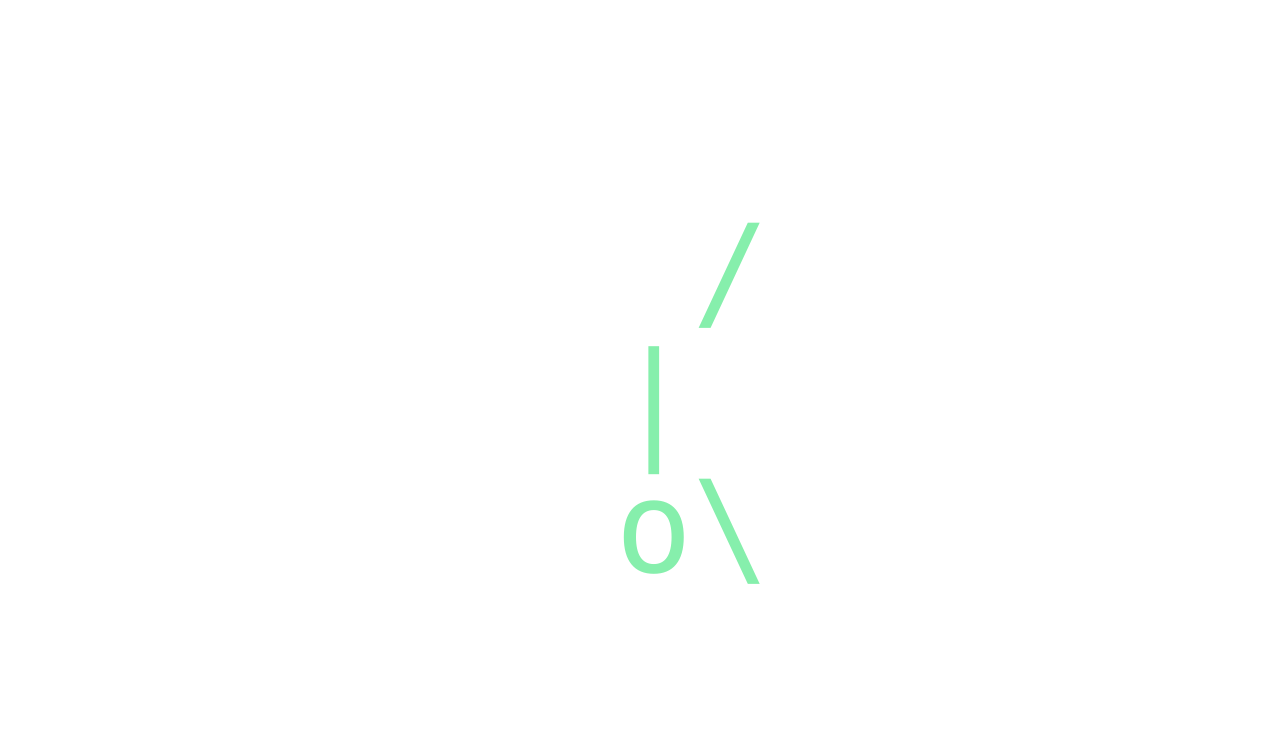
Repository: kayla-lin/graphic-design-timeline
Page: /components/Introduction/Cartwheel
The author's editor kept a copy of each file at every save. The page is drawn from the files as they stood at one save, then again after the next save.
The browser window is 1280 px wide. The pictures show the whole page.
The project was rebuilt for these pictures with package versions that can differ from the ones it lists, and the page was loaded fresh each time. The framework's server and built-in components were replaced by stand-ins that run in the browser. Also part of the build but not shown: next.config.js.

Above is the page before, as saved 2023-05-01 23:15:07.

### pages/components/Introduction/Cartwheel/index.tsx
import React, { useEffect, useState } from "react";

const Cartwheel = () => {
  var frame1 = [
    "<pre><code>",
    " ",
    " _o",
    "__|-",
    "   >",
    "</code></pre>",
  ].join("\n");
  var frame2 = [
    "<pre><code>",
    " ",
    "    o/",
    "    |__",
    "    |",
    "</code></pre>",
  ].join("\n");

  var frame3 = [
    "<pre><code>",
    " ",
    "   \\o_",
    "  __/",
    "     >",
    "</code></pre>",
  ].join("\n");

  var frame4 = [
    "<pre><code>",
    " ",
    "      ",
    "   \\__/o",
    "   /   \\",
    "</code></pre>",
  ].join("\n");

  var frame5 = [
    "<pre><code>",
    " ",
    "   \\ /",
    "    |",
    "   /o\\",
    "</code></pre>",
  ].join("\n");

  var frame6 = [
    "<pre><code>",
    " ",
    "    --",
    "   /",
    "  o|",
    "</code></pre>",
  ].join("\n");

  var frame7 = [
    "<pre><code>",
    " ",
    "   __o",
    "     |",
    "    <<",
    "</code></pre>",
  ].join("\n");

  var frame8 = [
    "<pre><code>",
    " ",
    "   |o",
    "   /",
    "  |",
    "</code></pre>",
  ].join("\n");

  var frame9 = [
    "<pre><code>",
    " ",
    "   \\__/o",
    "     ",
    "    ",
    "</code></pre>",
  ].join("\n");

  var frame10 = [
    "<pre><code>",
    "    /",
    "   |",
    "   o\\",
    "    ",
    "</code></pre>",
  ].join("\n");

  var frame11 = [
    "<pre><code>",
    "    ",
    "  o____",
    "  /",
    "    ",
    "</code></pre>",
  ].join("\n");

  var frame12 = [
    "<pre><code>",
    " ",
    "   __o",
    "      \\",
    "     <<",
    "</code></pre>",
  ].join("\n");

  var frame13 = [
    "<pre><code>",
    " ",
    "    o/",
    "    |",
    "   < \\",
    "</code></pre>",
  ].join("\n");

  var still = [
    "<pre><code>",
    " ",
    "    o",
    "    |",
    "    |",
    "</code></pre>",
  ].join("\n");

  const frames = [
    still,
    frame1,
    frame2,
    frame3,
    frame4,
    frame5,
    frame6,
    frame7,
    frame8,
    frame9,
    frame10,
    frame11,
    frame12,
    frame13,
    still,
  ];

  const [currentFrame, setCurrentFrame] = useState(0);
  const [right, setRight] = useState(true);

  useEffect(() => {
    setTimeout(() => {
      console.log(currentFrame);
      console.log("frame");
      if (currentFrame === frames.length - 1) {
        setRight(!right);
        setCurrentFrame(0);
      } else {
        setCurrentFrame((prev) => prev + 1);
      }
    }, 500);
  }, [currentFrame, frames.length]);

  return (
    <span
      style={{ left: `${currentFrame * 3}%` }}
      dangerouslySetInnerHTML={{ __html: frames[currentFrame] }}
      className="absolute bottom-0 -left-64 text-9xl text-green-300"
    ></span>
  );
};

export default Cartwheel;

### styles/globals.css
@tailwind base;
@tailwind components;
@tailwind utilities;

/* Top progress bar */

.progress-bar {
  position: fixed;
  top: 0;
  left: 0;
  right: 0;
  height: 10px;
  background: red;
  transform-origin: 0%;
}

/* Glitch effect */

.glitch {
  animation: glitch 1s linear infinite;
}

@keyframes glitch {
  2%,
  64% {
    transform: translate(2px, 0) skew(0deg);
  }
  4%,
  60% {
    transform: translate(-2px, 0) skew(0deg);
  }
  62% {
    transform: translate(0, 0) skew(5deg);
  }
}

.glitch:before,
.glitch:after {
  content: attr(title);
  position: absolute;
  left: 0;
}

.glitch:before {
  animation: glitchTop 1s linear infinite;
  clip-path: polygon(0 0, 100% 0, 100% 33%, 0 33%);
  -webkit-clip-path: polygon(0 0, 100% 0, 100% 33%, 0 33%);
}

@keyframes glitchTop {
  2%,
  64% {
    transform: translate(2px, -2px);
  }
  4%,
  60% {
    transform: translate(-2px, 2px);
  }
  62% {
    transform: translate(13px, -1px) skew(-13deg);
  }
}

.glitch:after {
  animation: glitchBotom 1.5s linear infinite;
  clip-path: polygon(0 67%, 100% 67%, 100% 100%, 0 100%);
  -webkit-clip-path: polygon(0 67%, 100% 67%, 100% 100%, 0 100%);
}

@keyframes glitchBotom {
  2%,
  64% {
    transform: translate(-2px, 0);
  }
  4%,
  60% {
    transform: translate(-2px, 0);
  }
  62% {
    transform: translate(-22px, 5px) skew(21deg);
  }
}

Loaded but not shown: pages/_app.tsx (common file); pages/_document.tsx (common file); tailwind.config.js (common file)

After the next save:
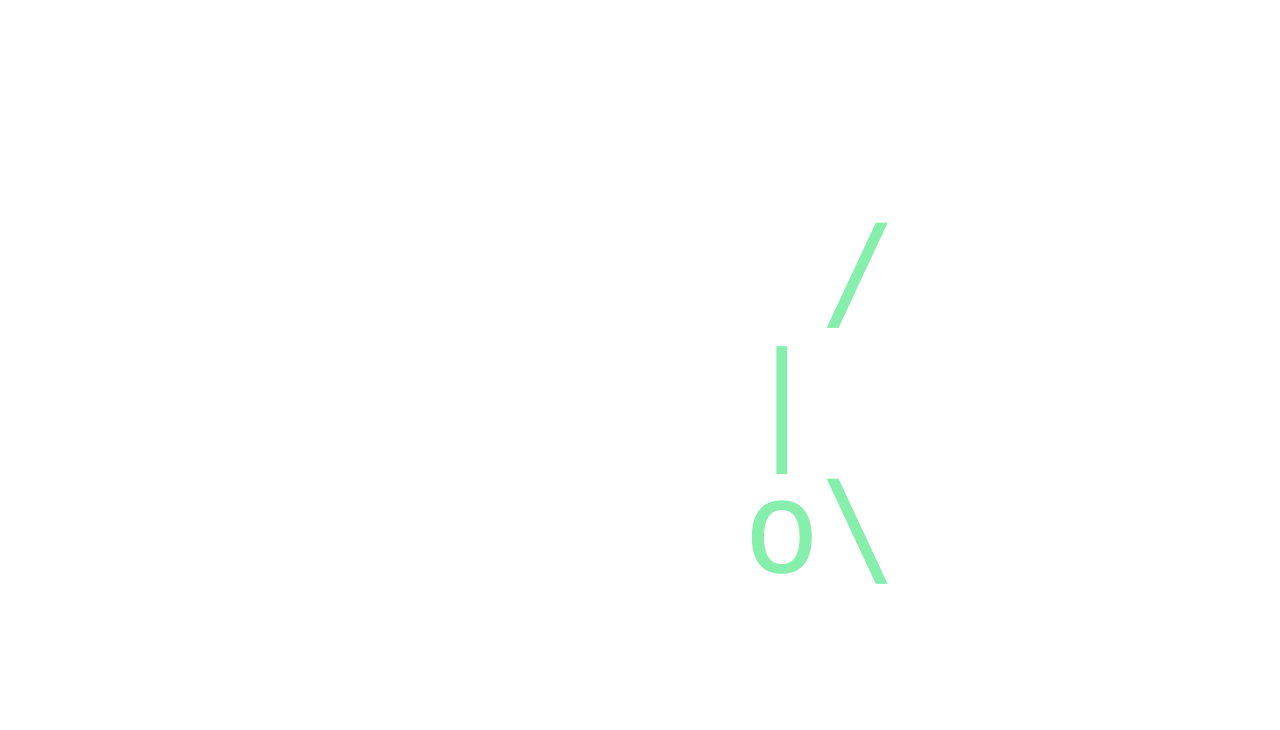
Saved 5 s later.
--- a/pages/components/Introduction/Cartwheel/index.tsx
+++ b/pages/components/Introduction/Cartwheel/index.tsx
@@ -162,7 +162,7 @@
 
   return (
     <span
-      style={{ left: `${currentFrame * 3}%` }}
+      style={{ left: `${currentFrame * 4}%` }}
       dangerouslySetInnerHTML={{ __html: frames[currentFrame] }}
       className="absolute bottom-0 -left-64 text-9xl text-green-300"
     ></span>
